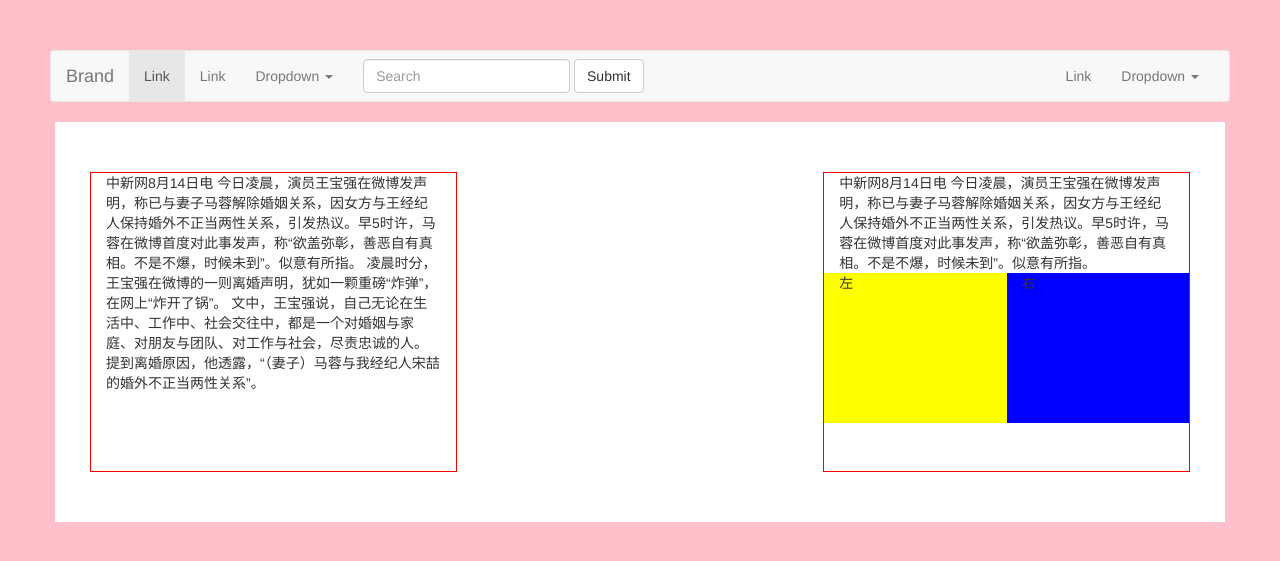
Repository: linkosong/mine
Page: workspaces/activity/src/main/webapp/index.html
The author's editor kept a copy of each file at every save. The page is drawn from the files as they stood at one save, then again after the next save.
The browser window is 1280 px wide. The pictures show the whole page.

Above is the page before, as saved 2016-11-18 09:53:10.

### workspaces/activity/src/main/webapp/index.html
<!DOCTYPE HTML>
<html>
	<head>
		<meta http-equiv="X-UA-Compatible" content="IE=edge"><!--  IE浏览器9.0全都支持 ，的核心配置意思是与bootstrap交融，正常使用  -->
		<meta name="viewport" charset="utf-8"  content="device=device-width,initoal-scale=1"><!--  合适图框的大小，缩放的比例 ，支持pc端，移动端     -->
		<title>Bootstrap基础入门</title>
		<link rel="stylesheet" href="bootstrap/css/bootstrap.min.css" type="text/css"></link>
		<script type="text/javascript" src="bootstrap/js/jquery-3.1.1.min.js"></script>
		<script type="text/javascript" src="bootstrap/js/bootstrap.min.js"></script>
	</head>
<!-- 栅格系统 -->
	<body style="padding: 50px; background-color: pink">
	<nav class="navbar navbar-default" role="navigation">
  <div class="container-fluid">
    <!-- Brand and toggle get grouped for better mobile display -->
    <div class="navbar-header">
      <button type="button" class="navbar-toggle collapsed" data-toggle="collapse" data-target="#bs-example-navbar-collapse-1">
        <span class="sr-only">Toggle navigation</span>
        <span class="icon-bar"></span>
        <span class="icon-bar"></span>
        <span class="icon-bar"></span>
      </button>
      <a class="navbar-brand" href="#">Brand</a>
    </div>

    <!-- Collect the nav links, forms, and other content for toggling -->
    <div class="collapse navbar-collapse" id="bs-example-navbar-collapse-1">
      <ul class="nav navbar-nav">
        <li class="active"><a href="#">Link</a></li>
        <li><a href="#">Link</a></li>
        <li class="dropdown">
          <a href="#" class="dropdown-toggle" data-toggle="dropdown">Dropdown <span class="caret"></span></a>
          <ul class="dropdown-menu" role="menu">
            <li><a href="#">Action</a></li>
            <li><a href="#">Another action</a></li>
            <li><a href="#">Something else here</a></li>
            <li class="divider"></li>
            <li><a href="#">Separated link</a></li>
            <li class="divider"></li>
            <li><a href="#">One more separated link</a></li>
          </ul>
        </li>
      </ul>
      <form class="navbar-form navbar-left" role="search">
        <div class="form-group">
          <input type="text" class="form-control" placeholder="Search">
        </div>
        <button type="submit" class="btn btn-default">Submit</button>
      </form>
      <ul class="nav navbar-nav navbar-right">
        <li><a href="#">Link</a></li>
        <li class="dropdown">
          <a href="#" class="dropdown-toggle" data-toggle="dropdown">Dropdown <span class="caret"></span></a>
          <ul class="dropdown-menu" role="menu">
            <li><a href="#">Action</a></li>
            <li><a href="#">Another action</a></li>
            <li><a href="#">Something else here</a></li>
            <li class="divider"></li>
            <li><a href="#">Separated link</a></li>
          </ul>
        </li>
      </ul>
    </div><!-- /.navbar-collapse -->
  </div><!-- /.container-fluid -->
</nav>

		<div class="container" style="padding: 50px; background-color: #fff"> <!-- container : 表示的是文字或内容到边框的自动调整       -->

			<div class="row">
				<div class="col-md-4 " style="border:1px solid red;height:300px"> <!--  col-md-* :表示的是所适应的屏幕
				                                                                        col-后跟sm用于手机端， xs用于平板 ， md用于电脑 ，lg用于大屏幕
				                                                                                                                                                                                                                        默认的是一行十二列
				                                                                     -->

					中新网8月14日电
					今日凌晨，演员王宝强在微博发声明，称已与妻子马蓉解除婚姻关系，因女方与王经纪人保持婚外不正当两性关系，引发热议。早5时许，马蓉在微博首度对此事发声，称“欲盖弥彰，善恶自有真相。不是不爆，时候未到”。似意有所指。
					凌晨时分，王宝强在微博的一则离婚声明，犹如一颗重磅“炸弹”，在网上“炸开了锅”。
					文中，王宝强说，自己无论在生活中、工作中、社会交往中，都是一个对婚姻与家庭、对朋友与团队、对工作与社会，尽责忠诚的人。提到离婚原因，他透露，“（妻子）马蓉与我经纪人宋喆的婚外不正当两性关系”。
				</div>
				<!-- 列偏移    col-md-offset-4  向右偏移4个栅     页面一共12个栅-->
				<div class="col-md-4 col-md-offset-4" style="border:1px solid red;height:300px">
					中新网8月14日电
					今日凌晨，演员王宝强在微博发声明，称已与妻子马蓉解除婚姻关系，因女方与王经纪人保持婚外不正当两性关系，引发热议。早5时许，马蓉在微博首度对此事发声，称“欲盖弥彰，善恶自有真相。不是不爆，时候未到”。似意有所指。
				<!-- 列嵌套	嵌套栅格系统  一个新的栅格布局12列-->
					<div class="row">
						<div class="col-md-6" style="height:150px;background-color:yellow;">左</div>
						<div class="col-md-6"  style="height:150px;background-color:blue;">右</div>
					</div>
				</div>

		</div>
	</div>
	</body>
</html>

Loaded but not shown: workspaces/activity/src/main/webapp/bootstrap/css/bootstrap.min.css (library); workspaces/activity/src/main/webapp/bootstrap/js/jquery-3.1.1.min.js (library); workspaces/activity/src/main/webapp/bootstrap/js/bootstrap.min.js (library)

After the next save:
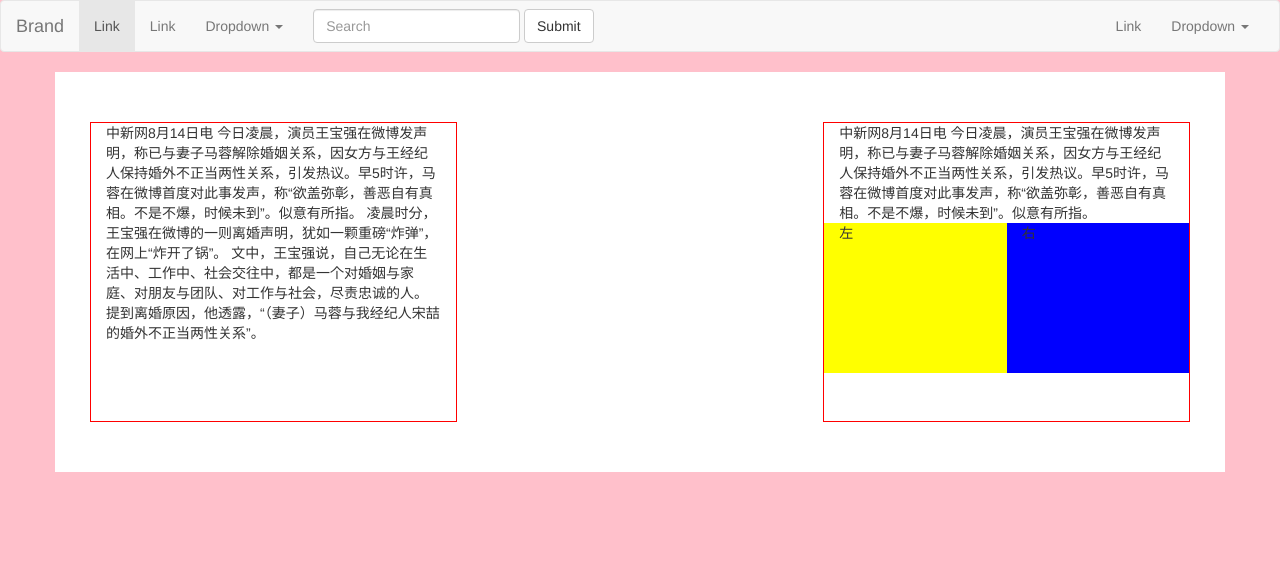
Saved 3 min 32 s later.
--- a/workspaces/activity/src/main/webapp/index.html
+++ b/workspaces/activity/src/main/webapp/index.html
@@ -9,8 +9,9 @@
 		<script type="text/javascript" src="bootstrap/js/bootstrap.min.js"></script>
 	</head>
 <!-- 栅格系统 -->
-	<body style="padding: 50px; background-color: pink">
-	<nav class="navbar navbar-default" role="navigation">
+	<body style="background-color: pink">
+
+<nav class="navbar navbar-default" role="navigation">
   <div class="container-fluid">
     <!-- Brand and toggle get grouped for better mobile display -->
     <div class="navbar-header">
